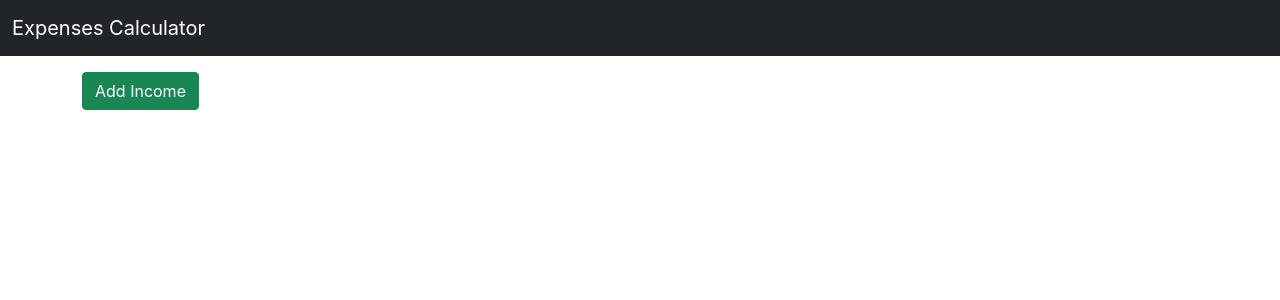
Repository: eidankhan/expenses-calculator
Page: /
The author's editor kept a copy of each file at every save. The page is drawn from the files as they stood at one save, then again after the next save.
The browser window is 1280 px wide. The pictures show the whole page.
The project was rebuilt for these pictures with package versions that can differ from the ones it lists, and the page was loaded fresh each time.

Above is the page before, as saved 2021-11-29 16:48:48.

### public/index.html
<!DOCTYPE html>
<html lang="en">
  <head>
    <meta charset="utf-8" />
    <link rel="icon" href="%PUBLIC_URL%/favicon.ico" />
    <meta name="viewport" content="width=device-width, initial-scale=1" />
    <meta name="theme-color" content="#000000" />
    <meta
      name="description"
      content="Web site created using create-react-app"
    />
    <link rel="apple-touch-icon" href="%PUBLIC_URL%/logo192.png" />
    <link rel="manifest" href="%PUBLIC_URL%/manifest.json" />
    <!-- CSS only -->
    <link
      href="https://cdn.jsdelivr.net/npm/bootstrap@5.1.3/dist/css/bootstrap.min.css"
      rel="stylesheet"
      integrity="sha384-1BmE4kWBq78iYhFldvKuhfTAU6auU8tT94WrHftjDbrCEXSU1oBoqyl2QvZ6jIW3"
      crossorigin="anonymous"
    />
    <title>Shopping Cart App</title>
  </head>
  <body>
    <noscript>You need to enable JavaScript to run this app.</noscript>
    <div id="root"></div>
    <!-- JavaScript Bundle with Popper -->
    <script
      src="https://cdn.jsdelivr.net/npm/bootstrap@5.1.3/dist/js/bootstrap.bundle.min.js"
      integrity="sha384-ka7Sk0Gln4gmtz2MlQnikT1wXgYsOg+OMhuP+IlRH9sENBO0LRn5q+8nbTov4+1p"
      crossorigin="anonymous"
    ></script>
  </body>
</html>

### src/App.js
// import {
//   BrowserRouter as Router,
//   Routes,
//   Route,
// } from "react-router-dom";

import { Navbar } from "./components/Navbar";
import { SaveIncome } from "./components/SaveIncome";

function App() {
  return (
    <>
      <Navbar />
      <div className="container my-3">
        <SaveIncome/>
      </div>
    </>
  );
}

export default App;

### src/components/Navbar.js
import React from "react";

export const Navbar = () => {
  return (
    <nav className="navbar navbar-dark bg-dark">
      <div className="container-fluid">
        <a className="navbar-brand" href="/" > Expenses Calculator</a>

        {/* <form className="d-flex">
          <input
            className="form-control me-2"
            type="search"
            placeholder="Search"
            aria-label="Search"
          />
          <button className="btn btn-outline-success" type="submit">
            Search
          </button>
        </form> */}

      </div>
    </nav>
  );
};

### src/components/SaveIncome.js
import React from "react";

export const SaveIncome = () => {
  const date = new Date();
  const currentDate = date.toLocaleString('default', { month: 'long' })+" "+ date.getDate()+", "+date.getFullYear();
  return (
    <div>
      <button
        type="button"
        className="btn btn-success float-start"
        data-bs-toggle="modal"
        data-bs-target="#exampleModal"
      >
        Add Income
      </button>
      <div
        className="modal fade"
        id="exampleModal"
        tabIndex="-1"
        aria-labelledby="exampleModalLabel"
        aria-hidden="true"
      >
        <div className="modal-dialog">
          <div className="modal-content">
            <div className="modal-header d-flex justify-content-center">
              <strong className="text-success">
                {/* New Income  */}
                {/* {new Date().toLocaleString()} */}
                {currentDate}
              </strong>
              {/* <button
                type="button"
                className="btn-close"
                data-bs-dismiss="modal"
                aria-label="Close"
              ></button> */}
            </div>
            <div className="modal-body">
              <div className="mb-3">
                <label htmlFor="exampleInputEmail1" className="form-label">
                  Amount
                </label>
                <input type="number" className="form-control" id="amount" />
              </div>
              <div className="mb-3">
                <label htmlFor="exampleInputPassword1" className="form-label">
                  Payer
                </label>
                <select className="form-select">
                  <option defaultValue value="Employer">
                    Employer
                  </option>
                  <option value="Bank">Bank</option>
                  <option value="Government">Government</option>
                  <option value="Pension">Pension</option>
                  <option value="NA">NA</option>
                </select>
              </div>
              <div className="mb-3">
                <label htmlFor="description" className="form-label">
                  Description
                </label>
                <textarea
                  className="form-control"
                  id="description"
                  rows="3"
                ></textarea>
              </div>
            </div>
            <div className="modal-footer">
              <button
                type="button"
                className="btn btn-secondary"
                data-bs-dismiss="modal"
              >
                Close
              </button>
              <button type="button" className="btn btn-primary">
                Save changes
              </button>
            </div>
          </div>
        </div>
      </div>
    </div>
  );
};

### src/components/IncomeSummary.js
import React, { useEffect, useState } from "react";

export const IncomeSummary = () => {
  const [income, setIncome] = useState([]);

  useEffect(() => {
    setIncome([
      {
        date: "11/01/2021",
        amount: 55000,
        payer: "Employer",
        description: "Salary received for the month of November",
      },
      {
        date: "10/01/2021",
        amount: 55000,
        payer: "Employer",
        description: "Salary received for the month of October",
      },
      {
        date: "10/01/2021",
        amount: 20000,
        payer: "Fiver",
        description: "Payment received from fiver client",
      },
    ]);
  }, []);

  return (
    <div>
      <div className="row">
        <div className="card">
          <div className="card-body">This is some text within a card body.</div>
        </div>
      </div>
    </div>
  );
};

Loaded but not shown: src/index.js (common file); src/index.css (common file)

After the next save:
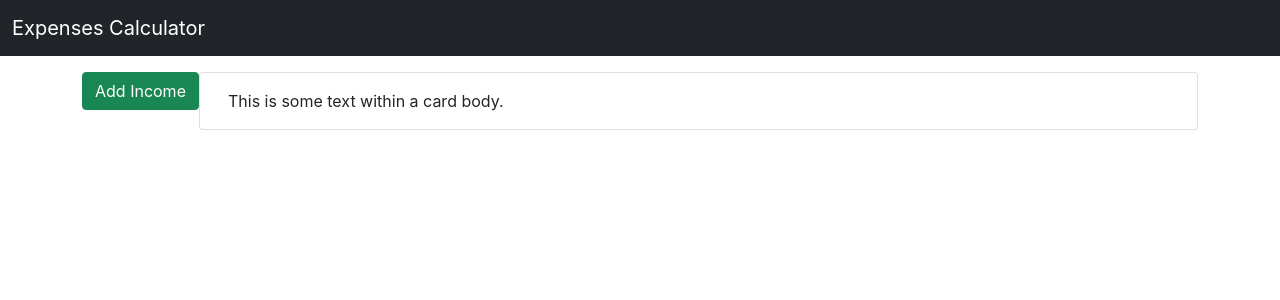
Saved 19 s later.
--- a/src/App.js
+++ b/src/App.js
@@ -4,6 +4,7 @@
 //   Route,
 // } from "react-router-dom";
 
+import { IncomeSummary } from "./components/IncomeSummary";
 import { Navbar } from "./components/Navbar";
 import { SaveIncome } from "./components/SaveIncome";
 
@@ -13,6 +14,7 @@ function App() {
       <Navbar />
       <div className="container my-3">
         <SaveIncome/>
+        <IncomeSummary/>
       </div>
     </>
   );
